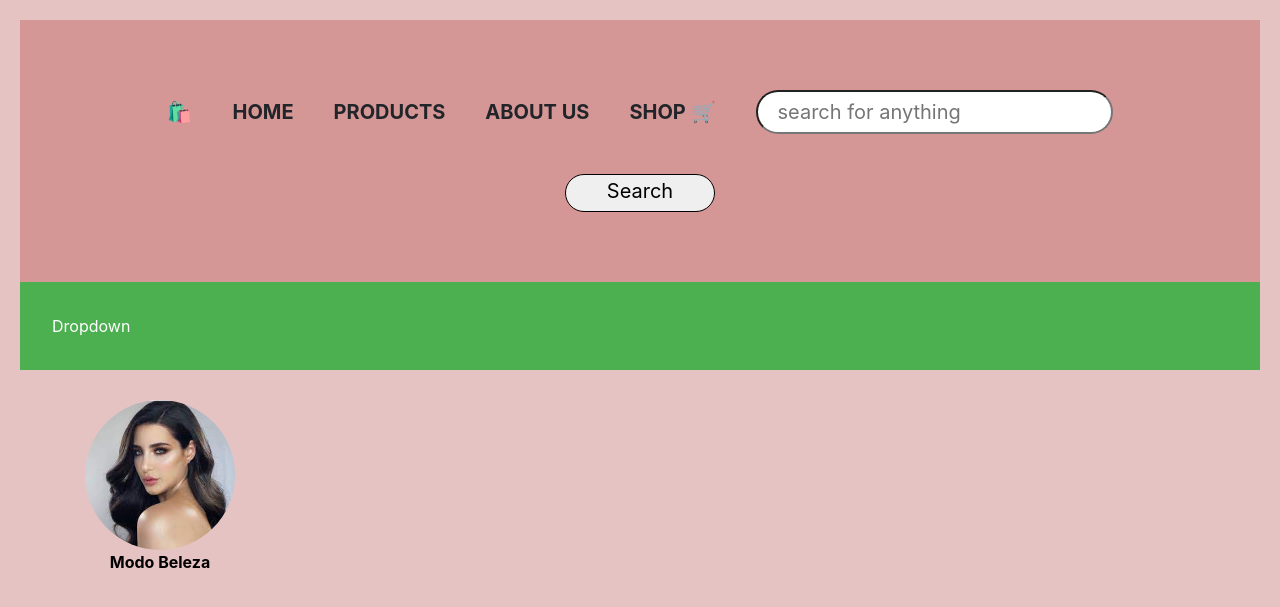
Repository: thf4/Project-Shop
Page: /
The author's editor kept a copy of each file at every save. The page is drawn from the files as they stood at one save, then again after the next save.
The browser window is 1280 px wide. The pictures show the whole page.
The project was rebuilt for these pictures with package versions that can differ from the ones it lists, and the page was loaded fresh each time.

Above is the page before, as saved 2021-04-22 13:29:50.

### src/index.js
import React from 'react';
import ReactDOM from 'react-dom';
import 'bootstrap/dist/css/bootstrap.min.css';
import App from './App'
import Exemplo from './Exemplo'

ReactDOM.render(
  <React.StrictMode>
   <App />
   <Exemplo />
  </React.StrictMode>,
  document.getElementById('root')
);

### src/App.js
/* eslint-disable jsx-a11y/anchor-is-valid */
import "./App.css";

function App() {
  return (
    <div className="App">
      <header className="App-header">
        <ul id="Lista">
          <li>🛍</li>
          <li> HOME </li>
          <li> PRODUCTS </li>
          <li> ABOUT US</li>
          <li> SHOP 🛒</li>
          <li>
            <input
              type="text"
              id="area-find"
              placeholder="search for anything"
            />
          </li>
          <li>
            <button id="button" for="input">
              Search
            </button>
          </li>
        </ul>
        <div className="dropbtn">
          <button className="dropbtn">Dropdown</button>
          <div className="dropdown-content">
            <a href="#">Link 1</a>
            <a href="#">Link 2</a>
            <a href="#">Link 3</a>
          </div>
        </div>
      </header>
    </div>
  );
}

export default App;

### src/App.css
.App{
  width: 100%;
  height: auto;
  padding: 20px;
}
body{
  background:#a0171741;
}


#Lista{
  list-style-type: none;
  margin: 0;

  font-weight: bold;
  text-align: center;
  padding: 50px 50px;
}
li{
 display: inline-block;
 font-size: 20px;
 padding: 20px;

}
li:hover{
  color: rgb(209, 9, 59);
}
#button{
  border-radius: 30px;
  border-style: groove;
  border-width: 1px;
  height: 35px;
  width: 150px;
  padding-bottom:35px;
}

#area-find{
  padding:20px;
  border-radius: 50px;
  height: 40px;
  width: 100%;
}
#button:hover{
  border-style: hidden;
}
.App-header{

  background-color: #a0171741;
}
.dropbtn {
  background-color: #4CAF50;
  color: white;
  padding: 16px;
  font-size: 16px;
  border: none;
  cursor: pointer;
}

.dropdown {
  position: relative;
  display: inline-block;
}

.dropdown-content {
  display: none;
  position: absolute;
  background-color: #f9f9f9;
  min-width: 160px;
  box-shadow: 0px 8px 16px 0px rgba(0,0,0,0.2);
  z-index: 1;
}

.dropdown-content a {
  color: black;
  padding: 12px 16px;
  text-decoration: none;
  display: block;
}

.dropdown-content a:hover {background-color: #f1f1f1}

.dropdown:hover .dropdown-content {
  display: block;
}

.dropdown:hover .dropbtn {
  background-color: #3e8e41;
}

### src/Exemplo.css
.foto-banner{
width: 320px;
padding: 10px;
border: 5px;
margin: 0;
text-align: center;
}
.foto{
  width: 150px;
  border-radius: 120px;
  border-style: hidden  ;

}
.link{
  font-weight: bold;
  color: black;
}

Loaded but not shown: public/index.html (common file); src/Exemplo.js (library)

After the next save:
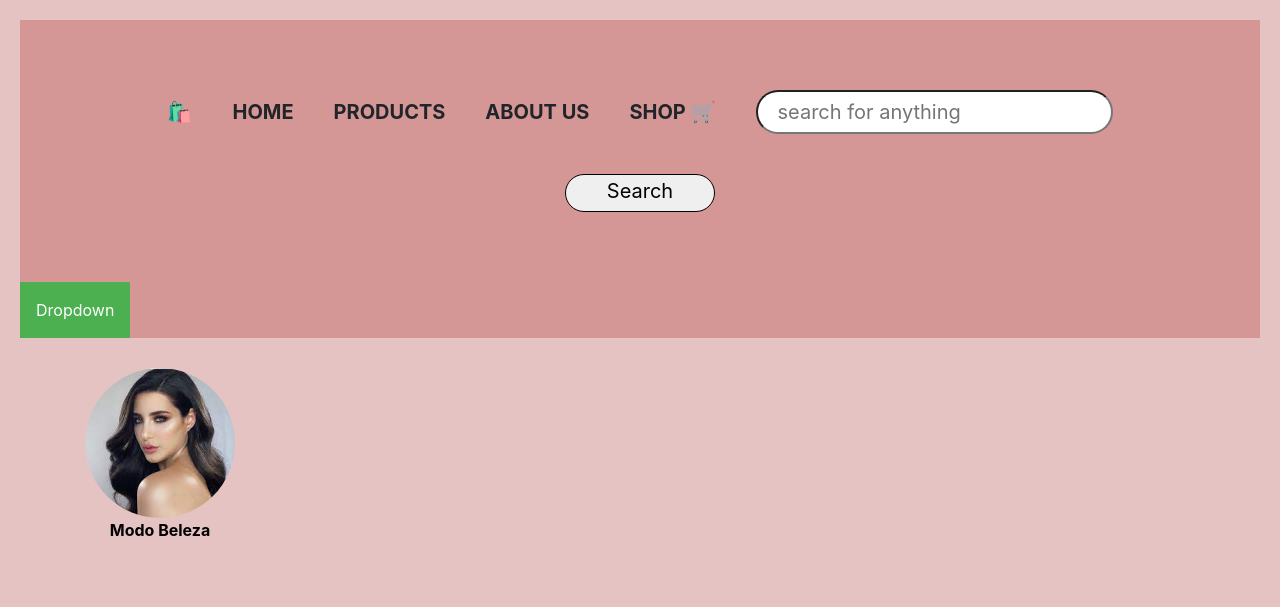
Saved 44 s later.
--- a/src/App.js
+++ b/src/App.js
@@ -24,7 +24,7 @@ function App() {
             </button>
           </li>
         </ul>
-        <div className="dropbtn">
+        <div className="dropdown">
           <button className="dropbtn">Dropdown</button>
           <div className="dropdown-content">
             <a href="#">Link 1</a>
